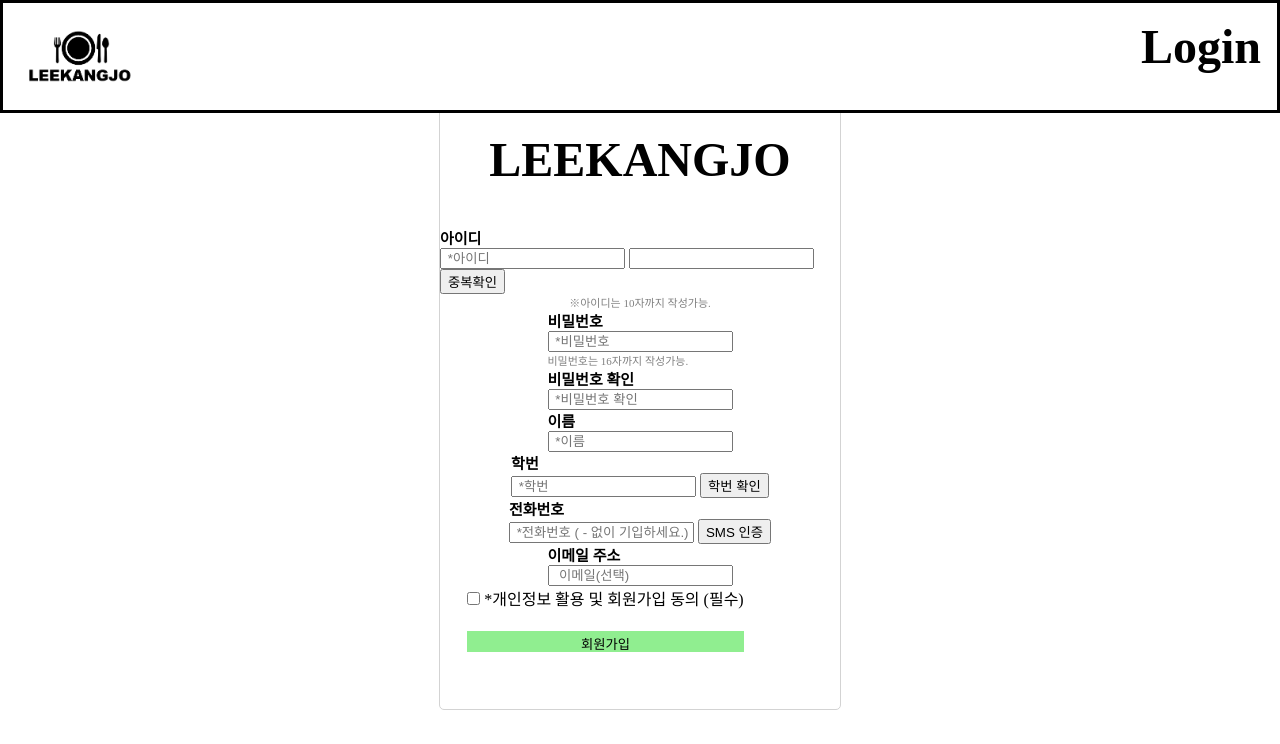
Repository: acredev/Restaurant_Management_System
Page: http://localhost/leekangjo/signup2.jsp
An editor plug-in stored every save of this project. The page is shown before and after the next save, followed by the edit.
The browser window is 1280 px wide. The pictures show the whole page.
Some web fonts or font styles are not loaded; a fallback is used. The page is served by Tomcat 9.

Above is the page before, as saved 2023-04-14 01:58:01.

After the next save:
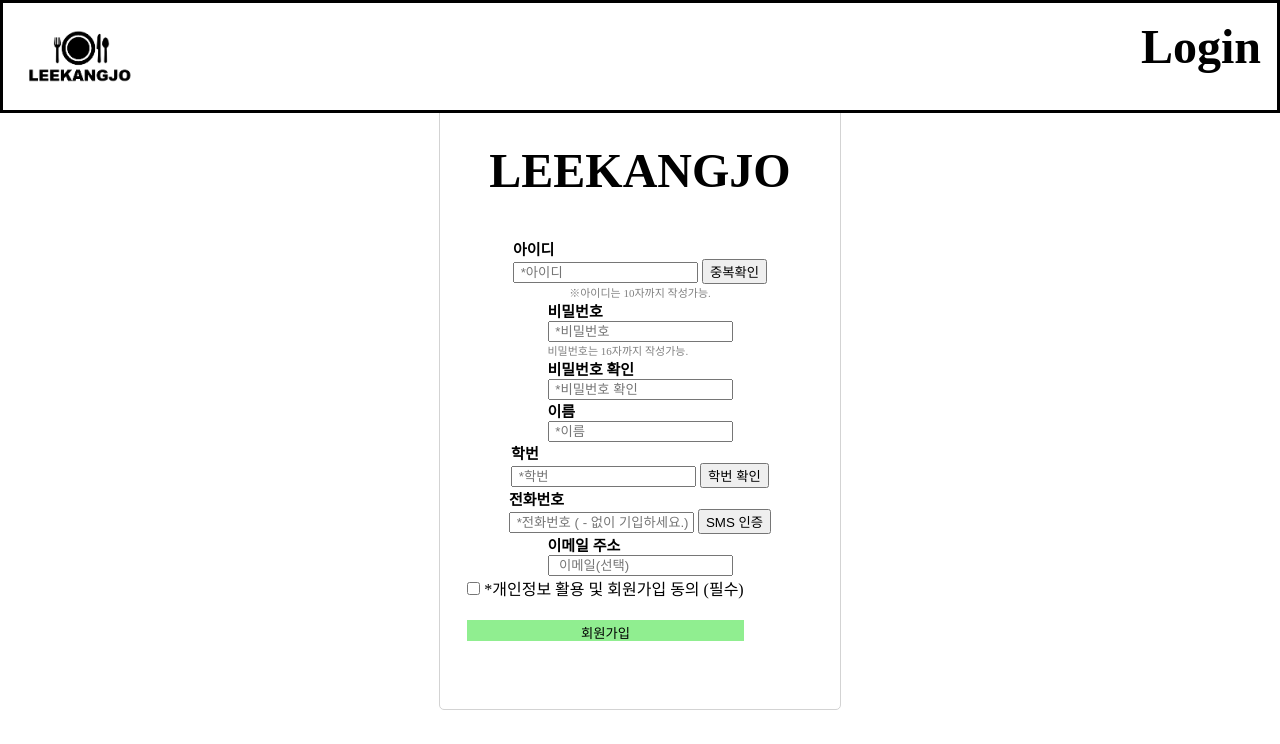
Saved 17 min 47 s later.
--- a/leekangjo/WebContent/signup2.jsp
+++ b/leekangjo/WebContent/signup2.jsp
@@ -92,6 +92,7 @@ catch (Exception ex)
 		   		<h1 class="logo">LEEKANGJO</h1>
 				<div>
 					<h3>아이디</h3>
+					<!-- >
 					<input type="text" placeholder=" *아이디" id="testid" class="account" maxlength="10" name="id" >
 					<script type="text/javascript">
 							function idChkValue()
@@ -108,6 +109,24 @@ catch (Exception ex)
 					<input type="text" name="id2" id="testid2" value="">
 
 					<input type="button" class="btn_id_check" onclick="idChkValue()" value="중복확인">
+					<-->
+					<input type="text" placeholder=" *아이디" id="testid" maxlength="10">
+					<script type="text/javascript">
+							function idChk()
+							{
+								var idchk = document.getElementById('testid');
+
+								if (idchk.value == "")
+									{
+										alert(idchk.value + "아이디를 입력해주세요.");
+
+									}
+								else if(idchk.value != null){
+									alert(idchk.value);
+								}
+							}
+						</script>
+					<input type="button" onclick="idChk()" value="중복확인">
 				</div>
 					<p>※아이디는 10자까지 작성가능.</p>
 				<div>
